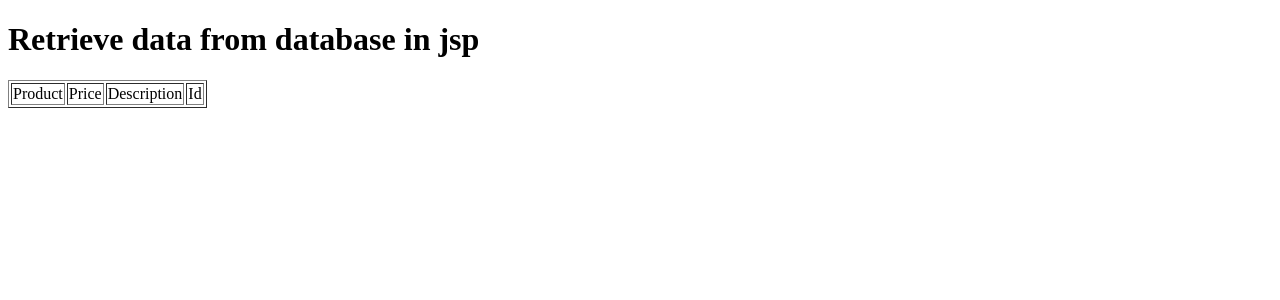
Repository: Shreya200012/FoodBox
Page: http://localhost/foodWeb/deleteData.jsp
These files come from the project's save history. The page is drawn as it stood at one moment and after the next save; the edit follows.
The browser window is 1280 px wide. The pictures show the whole page.
Some web libraries are served in a nearby version. The page is served by Tomcat 9. Queries for data that is not in the repository find no rows.

Above is the page before, as saved 2022-06-14 13:00:27.

After the next save:
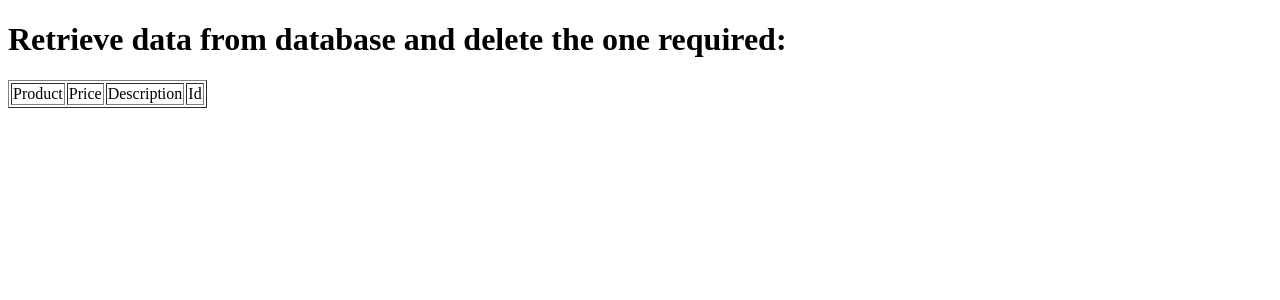
Saved 8 min 59 s later.
--- a/foodWeb/src/main/webapp/deleteData.jsp
+++ b/foodWeb/src/main/webapp/deleteData.jsp
@@ -24,7 +24,7 @@ ResultSet resultSet = null;
 <script src="https://ajax.googleapis.com/ajax/libs/jquery/3.2.1/jquery.min.js"></script>
 <body>
 
-<h1>Retrieve data from database in jsp</h1>
+<h1>Retrieve data from database and delete the one required: </h1>
 <table border="1">
 <tr>
 <td>Product</td>
